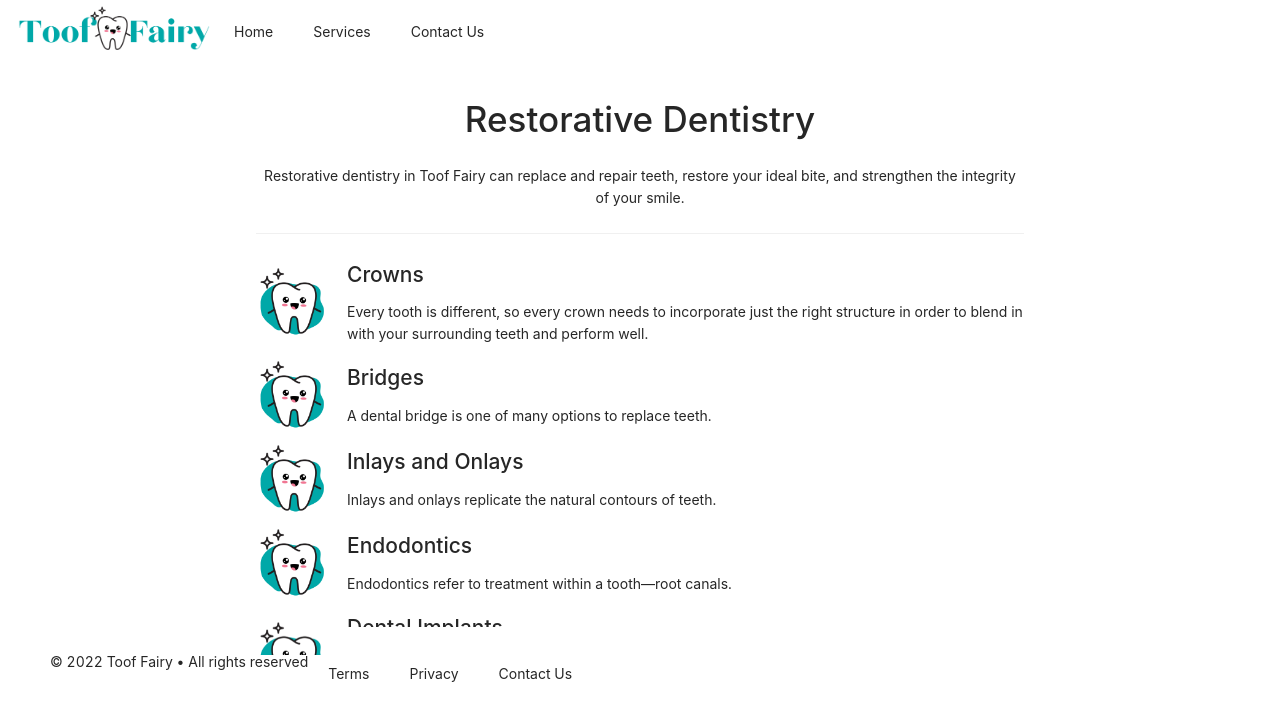
Repository: neldad1/dentist-app
Page: /restorative
These files come from the project's save history. The page is drawn as it stood at one moment and after the next save; the edit follows.
The browser window is 1280 px wide. The pictures show the whole page.
An inner scrolling area shows only its first screen. The project was rebuilt for these pictures with package versions that can differ from the ones it lists, and the page was loaded fresh each time. Also part of the build but not shown: src/components/Home.jsx, src/components/Contact.jsx, src/components/Services/Cosmetic.jsx, src/components/Services/Preventative.jsx, src/components/Footer/Terms.jsx, src/components/Footer/Privacy.jsx.

Above is the page before, as saved 2022-03-10 14:29:54.

After the next save:
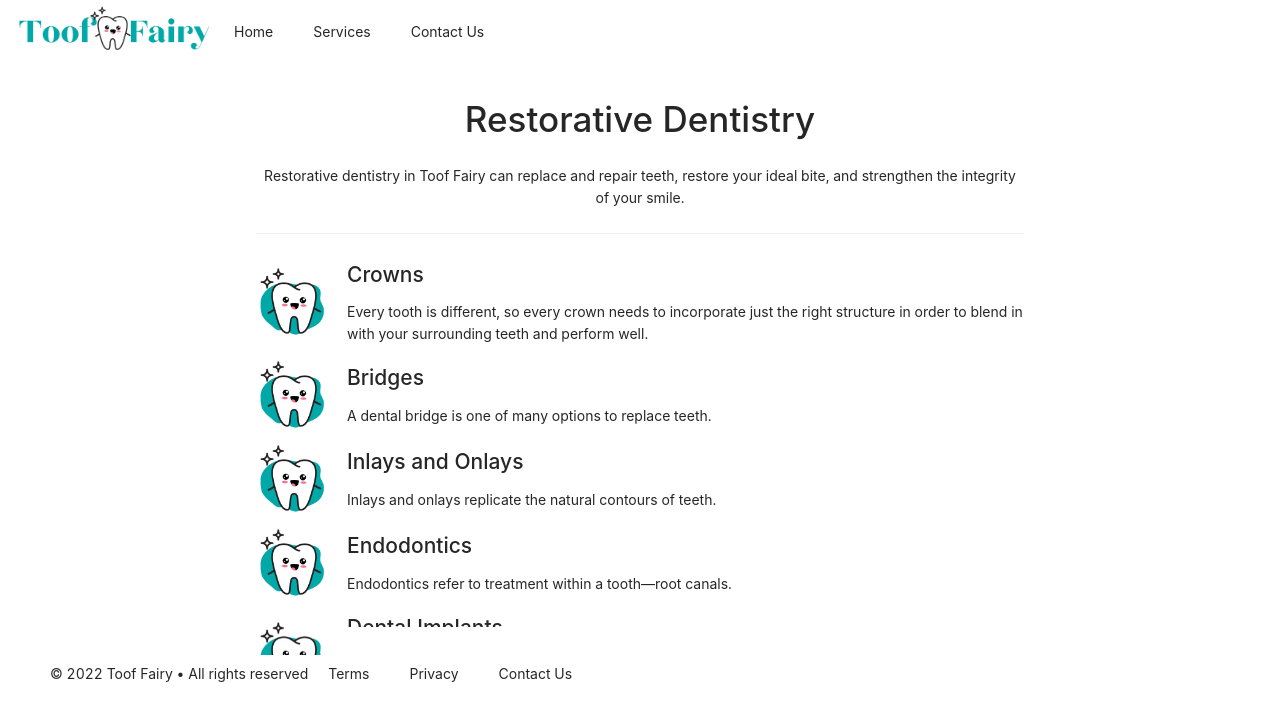
Saved 82 s later.
--- a/src/App.css
+++ b/src/App.css
@@ -31,10 +31,12 @@ h1 {
 .footer {
   background: #fff;
   display: flex;
+  align-items: center;
 }
 
 .footer-menu {
   border: none;
+  flex: 1;
 }
 
 .intro-wrapper {
